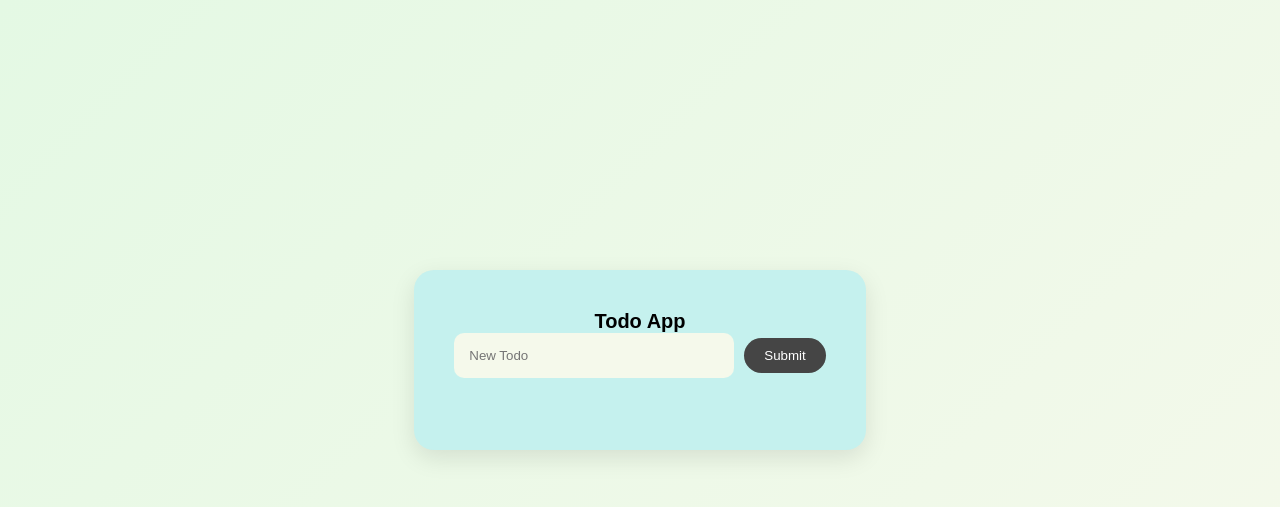
Repository: Subhadeep2609/Todo_React
Page: /
These files come from the project's save history. The page is drawn as it stood at one moment and after a run of saves; the edit follows.
The browser window is 1280 px wide. The pictures show the whole page.
The project was rebuilt for these pictures with package versions that can differ from the ones it lists, and the page was loaded fresh each time. Also part of the build but not shown: vite.config.js.

Above is the page before, as saved 2025-09-04 13:48:04.

### src/index.css
/* Reset */
* {
  padding: 0;
  margin: 0;
  box-sizing: border-box;
}

body {
  background: linear-gradient(135deg, #e4f9e4, #f5f9eb);
  height: 100vh;
  display: flex;
  justify-content: center;
  align-items: center;
  font-family: "Poppins", sans-serif;
}
.heading{
  font-size:20px;
  text-align: center;
}
/* Container */
.container {
  background: #c5f1ee;
  padding: 40px;
  border-radius: 20px;
  box-shadow: 0 8px 25px rgba(0, 0, 0, 0.1);
  min-width: 400px;
  transition: transform 0.3s ease;
}

.container:hover {
  transform: translateY(-5px);
}

/* Input */
input {
  padding: 15px;
  border: none;
  outline: none;
  background: #f5f9eb;
  width: 280px;
  margin-right: 10px;
  border-radius: 10px;
  transition: box-shadow 0.3s ease;
}

input:focus {
  box-shadow: 0 0 8px rgba(0, 150, 136, 0.4);
}

/* Button */
button {
  border-radius: 100px;
  background: #454545;
  padding: 10px 20px;
  outline: none;
  border: none;
  color: #fff;
  cursor: pointer;
  font-weight: 500;
  transition: all 0.3s ease;
}

button:hover {
  background: #2e7d32;
  transform: scale(1.05);
}

/* Todos List */
.todos-list {
  margin-top: 2rem;
  animation: fadeIn 0.6s ease-in-out;
}

/* Todo Item */
.todo {
  list-style: none;
  display: flex;
  justify-content: space-between;
  align-items: center;
  background: #f5f9eb;
  padding: 12px 20px;
  margin: 10px 0;
  border-radius: 12px;
  box-shadow: 0 4px 12px rgba(0, 0, 0, 0.05);
  animation: slideIn 0.4s ease forwards;
  opacity: 0;
}

/* Appear animation */
@keyframes slideIn {
  from {
    transform: translateY(15px);
    opacity: 0;
  }
  to {
    transform: translateY(0);
    opacity: 1;
  }
}

/* Fade in */
@keyframes fadeIn {
  from {
    opacity: 0;
  }
  to {
    opacity: 1;
  }
}

/* Close button */
.close {
  padding: 6px 12px;
  cursor: pointer;
  border-radius: 50%;
  background: #ff5252;
  color: white;
  border: none;
  transition: all 0.3s ease;
}

.close:hover {
  background: #d32f2f;
  transform: rotate(90deg);
}

### src/App.jsx
import Todo from "./components/Todo"


function App() {


  return (
    <div>
      <Todo/>
    </div>
  )
}

export default App

### src/components/Todo.jsx
import { useState } from "react";
import "../index.css";

const Todo = () => {
  const [todos, setTodos] = useState([]);
  const [input, setInput] = useState("");

  const handleSubmit = () => {
    if (!input.trim()) return; // prevent empty todo

    setTodos((prev) => [
      ...prev,
      { text: input, id: Date.now() }, // unique id
    ]);
    setInput("");
  };

  const removeTodo = (id) =>
    setTodos((prev) => prev.filter((t) => t.id !== id));

  const handleKeyDown = (e) => {
    if (e.key === "Enter") handleSubmit();
  };

  return (

    <div className="container">
        <h1 className="heading">Todo App</h1>
      <input
        type="text"
        placeholder="New Todo"
        value={input}
        onChange={(e) => setInput(e.target.value)}
        onKeyDown={handleKeyDown}
      />

      <button type="button" onClick={handleSubmit}>
        Submit
      </button>

      <ul className="todos-list">
        {todos.map(({ text, id }) => (
          <li className="todo" key={id}>
            <span>{text}</span>
            <button
              type="button"
              className="close"
              onClick={() => removeTodo(id)}
            >
              X
            </button>
          </li>
        ))}
      </ul>
    </div>
  );
};

export default Todo;

Loaded but not shown: index.html (common file); src/main.jsx (common file)

After the next 2 saves:
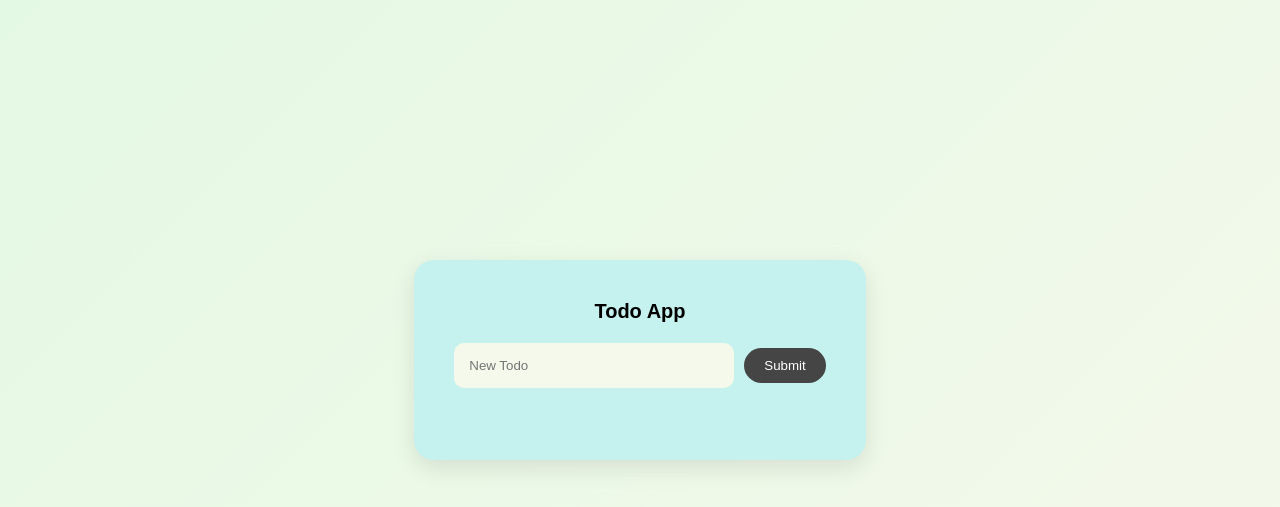
The 2 saves are shown as one change because they came seconds apart.
The last was saved 6 s later.
--- a/src/index.css
+++ b/src/index.css
@@ -16,6 +16,7 @@ body {
 .heading{
   font-size:20px;
   text-align: center;
+  margin-bottom: 20px;
 }
 /* Container */
 .container {
